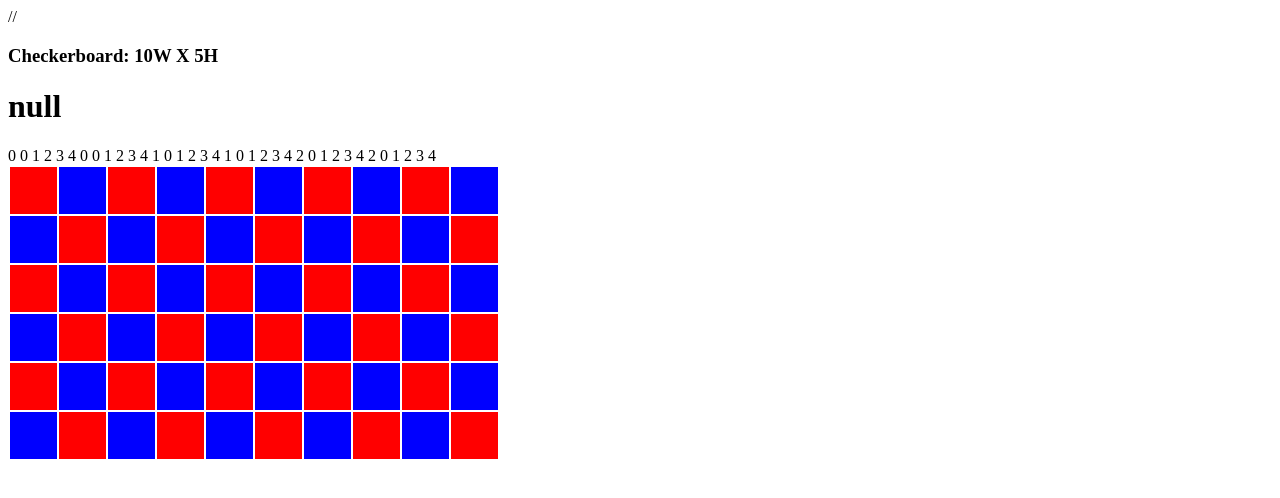
Repository: ben-mandakh/Java-Projects
Page: http://localhost/CheckerBoard/CheckerBoard.jsp
The author's editor kept a copy of each file at every save. The page is drawn from the files as they stood at one save, then again after the next save.
The browser window is 1280 px wide. The pictures show the whole page.
The page is served by Tomcat 9.

Above is the page before, as saved 2019-08-09 03:05:11.

### CheckerBoard/WebContent/CheckerBoard.jsp
<%@ page language="java" contentType="text/html; charset=ISO-8859-1"
    pageEncoding="ISO-8859-1"%>
<!DOCTYPE html>
<html>
<head>
<meta charset="ISO-8859-1">
<title>Checker Board</title>
</head>
<body>


	//<h3> Checkerboard: 10W X 5H</h3>
	<!-- getting the value for the name parameter -->
    <% String req = request.getParameter("name"); %>
    <!-- displaying the value -->
    <h1><%= req %></h1>

 	<%!
	int a = 3;
	int b = 5;
	%>

	<table>
	   <% for(int i = 0; i<a; i++){ %>
			<tr>  <%= i %>
			 <% for(int j = 0; j<b; j++){ %>
			 	<%= j %>
				<th style="width:45px; height:45px; background-color: red"> </th>
				<th style="width:45px; height:45px; background-color: blue"> </th>
			<% } %>
				<%= i %>
			</tr>
			<tr>
				<% for(int j = 0; j<b; j++){ %>
			 	<%= j %>
				<td style="width:45px; height:45px; background-color: blue"> </td>
				<td style="width:45px; height:45px; background-color: red"> </td>
			 	<% } %>
			</tr>
		<% } %>
	</table>




</body>
</html>

After the next save:
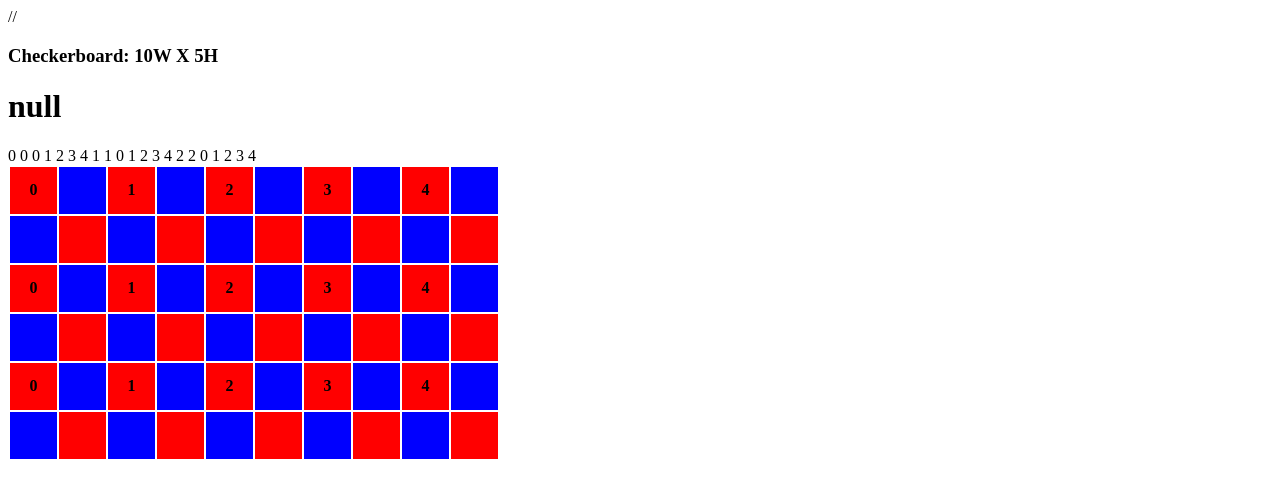
Saved 55 s later.
--- a/CheckerBoard/WebContent/CheckerBoard.jsp
+++ b/CheckerBoard/WebContent/CheckerBoard.jsp
@@ -24,8 +24,8 @@
 	   <% for(int i = 0; i<a; i++){ %>
 			<tr>  <%= i %>
 			 <% for(int j = 0; j<b; j++){ %>
-			 	<%= j %>
-				<th style="width:45px; height:45px; background-color: red"> </th>
+
+				<th style="width:45px; height:45px; background-color: red"> <%= j %></th>
 				<th style="width:45px; height:45px; background-color: blue"> </th>
 			<% } %>
 				<%= i %>
